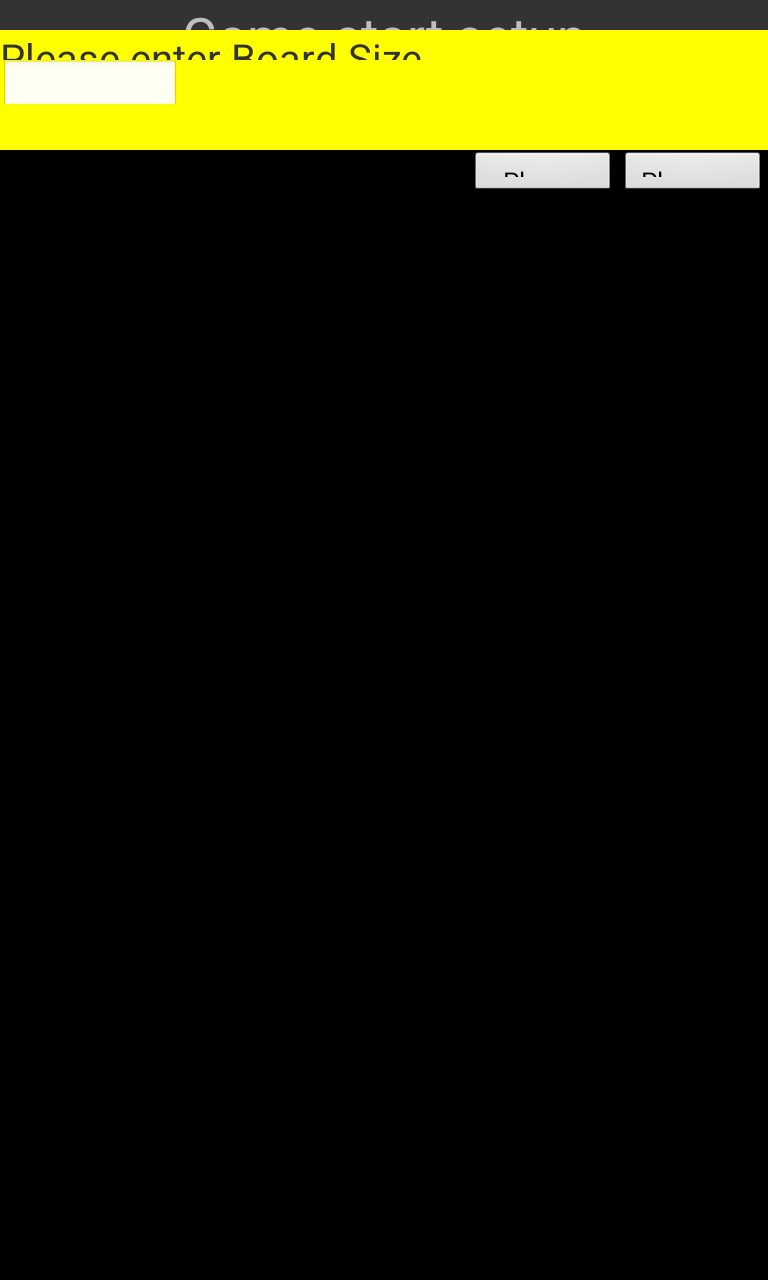
Repository: gulingithub/WeiChi
Layout: WeiChi/res/layout/welcome.xml
The author's editor kept a copy of each file at every save. The layout is drawn from the files as they stood at one save, then again after the next save.
It is drawn on a 768 x 1280 px phone screen (xhdpi) without system bars, with theme android:Theme; the app's code is not run.

Above is the layout before, as saved 2009-10-26 22:35:36.

After the next save:
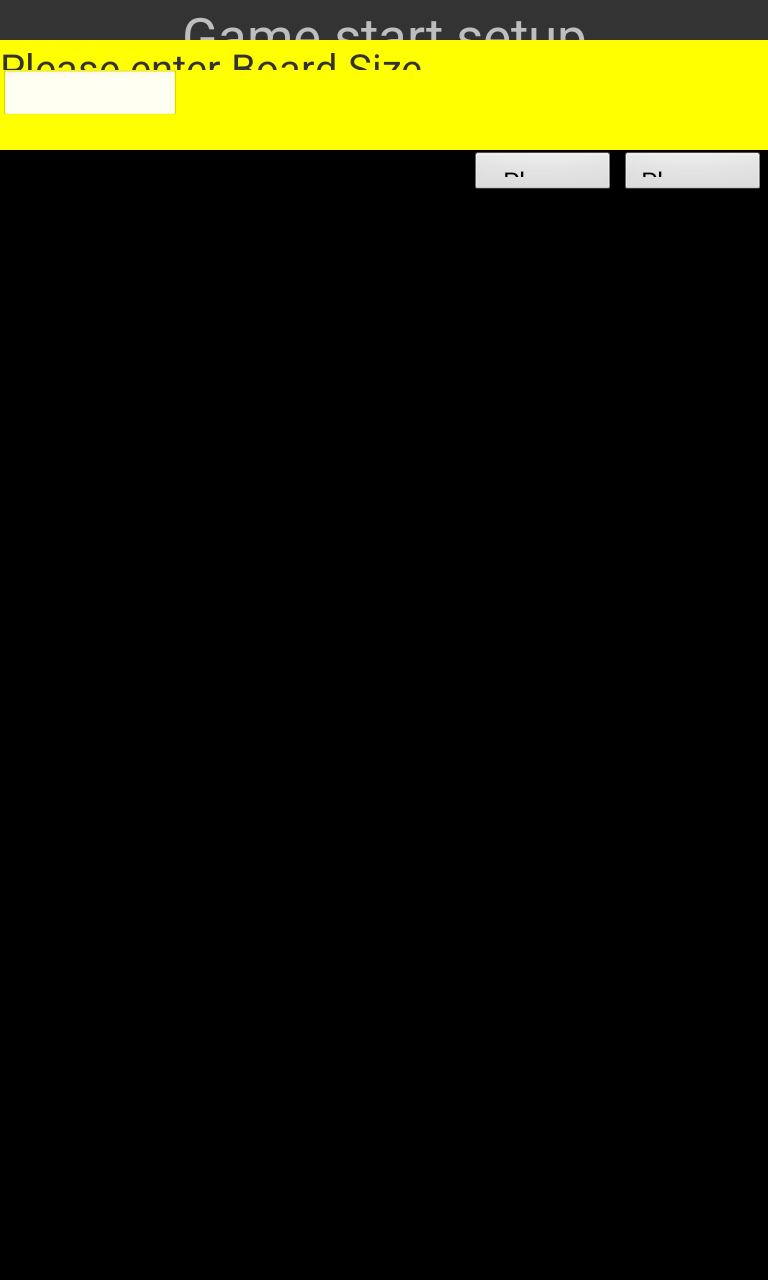
Saved 106 s later.
--- a/WeiChi/res/layout/welcome.xml
+++ b/WeiChi/res/layout/welcome.xml
@@ -18,13 +18,12 @@ android:layout_alignParentLeft="true"
 <TextView
 android:id="@+id/textview"
 android:layout_width="fill_parent"
-android:layout_height="30px"
 android:background="#ff333333"
 android:text="Game start setup"
 android:textSize="12pt"
 android:gravity="center"
 android:layout_gravity="center_vertical"
->
+android:layout_height="40px">
 </TextView>
 <TextView
 android:id="@+id/board"
